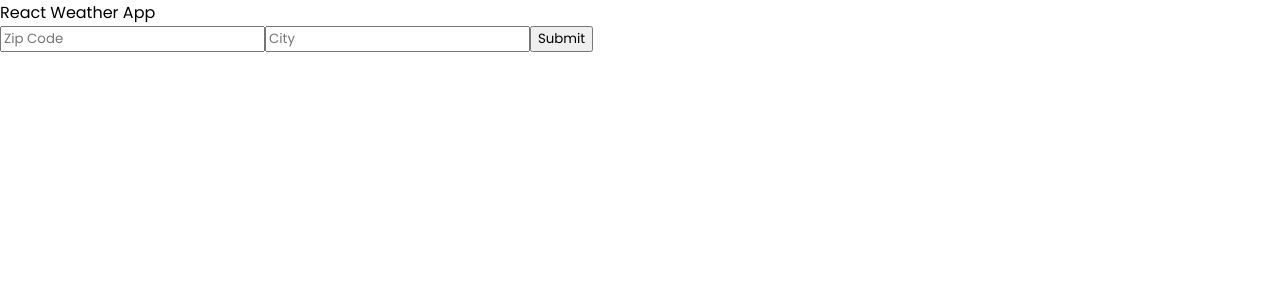
Repository: ellier7/weather-app
Page: /
An editor plug-in stored every save of this project. The page is shown before and after a run of saves, followed by the edit.
The browser window is 1280 px wide. The pictures show the whole page.
Some web fonts or font styles are not loaded; a fallback is used. The project was rebuilt for these pictures with package versions that can differ from the ones it lists, and the page was loaded fresh each time.

Above is the page before, as saved 2021-12-30 16:54:14.

### public/index.html
<!DOCTYPE html>
<html lang="en">
  <head>
    <meta charset="utf-8" />
    <link rel="icon" href="%PUBLIC_URL%/favicon.ico" />
    <meta name="viewport" content="width=device-width, initial-scale=1" />
    <meta name="theme-color" content="#000000" />
    <meta
      name="description"
      content="Web site created using create-react-app"
    />
    <link rel="apple-touch-icon" href="%PUBLIC_URL%/logo192.png" />
    <!--
      manifest.json provides metadata used when your web app is installed on a
      user's mobile device or desktop. See https://developers.google.com/web/fundamentals/web-app-manifest/
    -->
    <link rel="manifest" href="%PUBLIC_URL%/manifest.json" />
    <!--
      Notice the use of %PUBLIC_URL% in the tags above.
      It will be replaced with the URL of the `public` folder during the build.
      Only files inside the `public` folder can be referenced from the HTML.

      Unlike "/favicon.ico" or "favicon.ico", "%PUBLIC_URL%/favicon.ico" will
      work correctly both with client-side routing and a non-root public URL.
      Learn how to configure a non-root public URL by running `npm run build`.
    -->
    <link
    href="https://fonts.googleapis.com/css2?family=Poppins&family=Fascinate+Inline&display=swap"
    rel="stylesheet"
  />
    <title>React App</title>
  </head>
  <body>
    <noscript>You need to enable JavaScript to run this app.</noscript>
    <div id="root"></div>
    <!--
      This HTML file is a template.
      If you open it directly in the browser, you will see an empty page.

      You can add webfonts, meta tags, or analytics to this file.
      The build step will place the bundled scripts into the <body> tag.

      To begin the development, run `npm start` or `yarn start`.
      To create a production bundle, use `npm run build` or `yarn build`.
    -->
  </body>
</html>

### src/App.tsx
import React from "react";

//components
import ZipCode from "./components/ZipCode";

//styles
import { GlobalStyle } from "./App.styles";

function App() {
  return (
    <>
      <GlobalStyle />
      <div className="App">
        <header className="App-header">React Weather App</header>
        <ZipCode />
      </div>
    </>
  );
}

export default App;

### src/components/ZipCode.tsx
import React, { FormEvent, useState } from "react";
import { getByZip, getByCity, WeatherData } from "../api";

//styles
import { Wrapper } from "../App.styles";

function ZipCode() {
  const [zip, setZip] = useState<number>(0);
  const [city, setCity] = useState<string>("");

  const [showResults, setShowResults] = useState<boolean>(false);
  const [weather, setWeather] = useState<WeatherData>({
    name: "",
    weather: [],
  });

  function handleSubmit(e: FormEvent<HTMLFormElement>) {
    e.preventDefault();
    if (zip !== 0) {
      getByZip(zip).then((res) => {
        setWeather({
          name: res.name,
          weather: res.weather,
        });
      });
    } else if (city !== "") {
      getByCity(city).then((res) => {
        setWeather({
          name: res.name,
          weather: res.weather,
        });
      });
    }
    setShowResults(true);
  }
  return (
    <Wrapper>
      <form onSubmit={handleSubmit}>
        <input
          type="number"
          placeholder="Zip Code"
          onChange={(e) => setZip(e.target.value as any)}
        />
        <input
          type="text"
          placeholder="City"
          onChange={(e) => setCity(e.target.value as any)}
        />
        <button type="submit">Submit</button>
      </form>
      {showResults ? (
        <div className="flex">
          <p>
            <b>Location:</b> {weather.name}
          </p>
          {weather.weather.map((w) => {
            return (
              <div>
                <b>Weather:</b> {w.description}
                <img
                  alt="icon"
                  src={`https://openweathermap.org/img/wn/${w.icon}.png`}
                />
              </div>
            );
          })}
        </div>
      ) : null}
    </Wrapper>
  );
}

export default ZipCode;

### src/App.styles.ts
import styled, { createGlobalStyle } from "styled-components";

export const GlobalStyle = createGlobalStyle`
  html {
    height: 100%;
  }

  body {
    margin: 0;
  }

  * {
    font-family: 'Poppins', sans-serif;
    box-sizing: border-box;
  }
`;
export const Wrapper = styled.div`
  .flex {
    display: flex;
    flex-direction: column;
    align-items: center;
  }
`;

### src/api.tsx
import axios from "axios";

export interface Weather {
  id: string;
  main: string;
  description: string;
  icon: string;
}

export interface WeatherData {
  name: string;
  weather: Weather[];
}
const API_KEY = "1b6e23c302f427a659f4078a03855e00";

export const getByZip = async (zip: number): Promise<WeatherData> => {
  const url = `https://api.openweathermap.org/data/2.5/weather?zip=${zip}&appid=${API_KEY}`;

  const res = await axios.get(url);

  let w: WeatherData = {
    weather: res.data.weather,
    name: res.data.name,
  };
  return w;
};

export const getByCity = async (cityName: string): Promise<WeatherData> => {
  const url = `https://api.openweathermap.org/data/2.5/weather?q=${cityName}&appid=${API_KEY}`;

  const res = await axios.get(url);

  let w: WeatherData = {
    weather: res.data.weather,
    name: res.data.name,
  };
  return w;
};

Loaded but not shown: src/index.tsx (common file); src/index.css (common file)

After the next 2 saves:
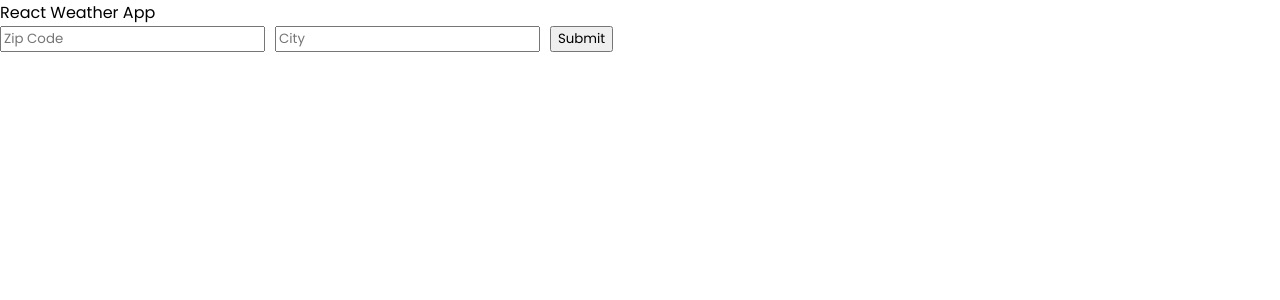
The 2 saves are shown as one change because they came seconds apart.
The last was saved 58 s later.
--- a/src/App.styles.ts
+++ b/src/App.styles.ts
@@ -20,4 +20,8 @@ export const Wrapper = styled.div`
     flex-direction: column;
     align-items: center;
   }
+
+  input {
+    margin-right: 10px;
+  }
 `;
